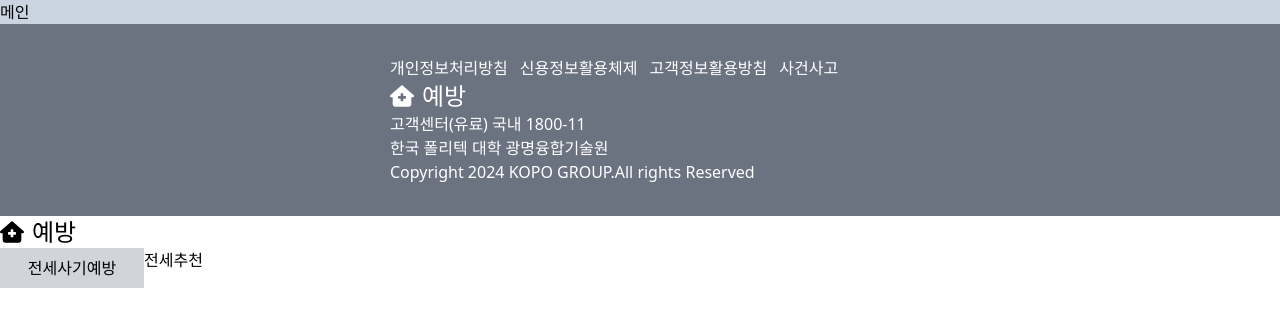
Repository: hanaTI-team-1/frontend
Page: /
An editor plug-in stored every save of this project. The page is shown before and after a run of saves, followed by the edit.
The browser window is 1280 px wide. The pictures show the whole page.
The project was rebuilt for these pictures with package versions that can differ from the ones it lists, and the page was loaded fresh each time. Also part of the build but not shown: vite.config.js, src/App.css, src/components/Recommend.jsx, src/components/Protect.jsx.

Above is the page before, as saved 2024-07-11 20:48:30.

### src/App.jsx
import { Route, Routes } from "react-router-dom";
import "./App.css";
import Main from "./components/Main";
import Recommend from "./components/Recommend";
import Protect from "./components/Protect";

function App() {
  return (
    <>
      <Routes>
        <Route path="/" element={<Main />} />
        <Route path="/protect" element={<Protect />} />
        <Route path="/recommend" element={<Recommend />} />
      </Routes>
    </>
  );
}

export default App;

### src/components/Main.jsx
import { Footer } from './Footer';
import { Header } from './Header';

export default function Main() {
  return (
    <>
      <div className="bg-slate-300">메인</div>
      <Footer />
      <Header />
    </>
  );
}

### src/components/Footer.jsx
import { Logo } from './Logo'

export const Footer = () => {
  return <footer className='h-48 flex items-center justify-center bg-gray-500 text-white'>
    <div className='min-w-[500px]'>
      <nav>
        <ul className='flex gap-3'>
          <li className='cursor-pointer'>개인정보처리방침</li>
          <li className='cursor-pointer'>신용정보활용체제</li>
          <li className='cursor-pointer'>고객정보활용방침</li>
          <li className='cursor-pointer'>사건사고</li>
        </ul>
      </nav>
      <div><Logo /></div>
      <div>고객센터(유료) 국내 1800-11</div>
      <div>한국 폴리텍 대학 광명융합기술원</div>
      <div>Copyright 2024 KOPO GROUP.All rights Reserved</div>
    </div>
  </footer>
}

### src/components/Header.jsx
import { Logo } from './Logo'
import { Link } from 'react-router-dom'

export const Header = () => {
  return <header>
    <Logo />
    <nav className='flex'>
      {/* 클릭하면 /proctect로 이동 */}
      <Link to={"/protect"}
        className='h-10 hover:bg-gray-500 duration-150 leading-10 bg-gray-300 w-36 text-center cursor-pointer'
      >
        전세사기예방
      </Link>
      {/* 클릭하면 /로 이동 */}
      <Link to={"/recommend"}>
        전세추천
      </Link>
    </nav>
    <div />
  </header>

}

### src/components/Logo.jsx
import { FaHouseMedical } from 'react-icons/fa6'
import { Link } from 'react-router-dom'

export const Logo = () => {
  return <Link to={"/"} className='flex items-center gap-2 cursor-pointer'>
    <FaHouseMedical size={24} />
    <span className='text-2xl'>예방</span>
  </Link>
}

Loaded but not shown: index.html (common file); src/main.jsx (common file); src/index.css (common file); tailwind.config.js (common file)

After the next 2 saves:
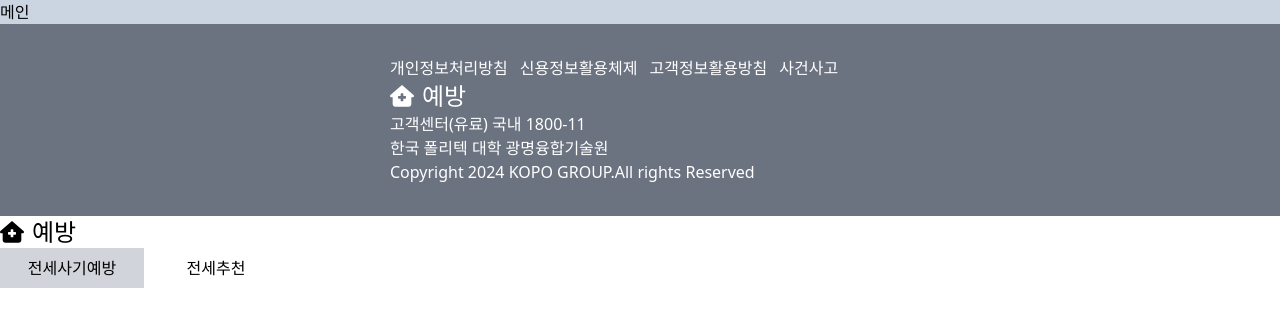
The 2 saves are shown as one change because they came seconds apart.
The last was saved 39 s later.
--- a/src/components/Header.jsx
+++ b/src/components/Header.jsx
@@ -12,7 +12,9 @@ export const Header = () => {
         전세사기예방
       </Link>
       {/* 클릭하면 /로 이동 */}
-      <Link to={"/recommend"}>
+      <Link to={"/recommend"}
+        className='h-10 hover:bg-gray-300 duration-150 leading-10 bg-gray-=00 w-36 text-center cursor-pointer'
+      >
         전세추천
       </Link>
     </nav>
